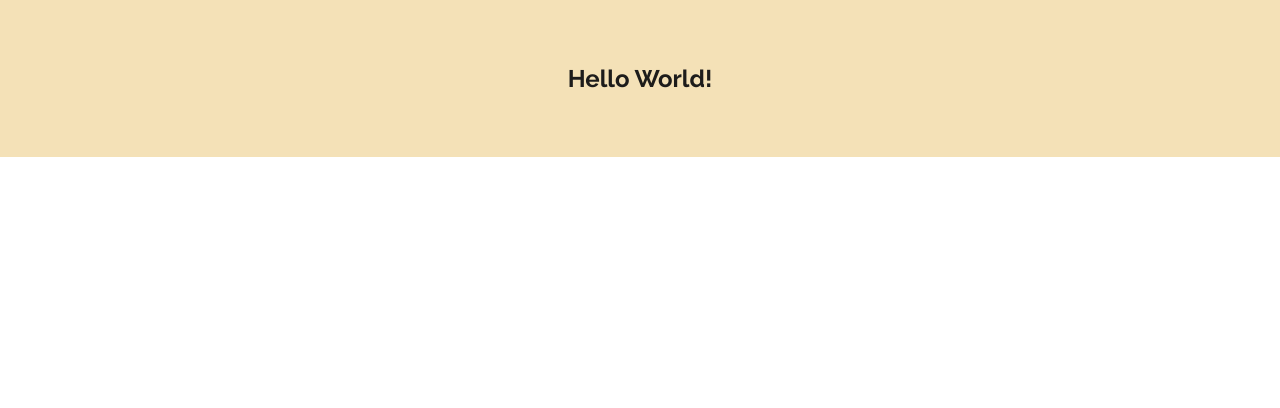
Repository: luizdanielmlima/my-website-react
Page: /
An editor plug-in stored every save of this project. The page is shown before and after the next save, followed by the edit.
The browser window is 1280 px wide. The pictures show the whole page.
The project was rebuilt for these pictures with package versions that can differ from the ones it lists, and the page was loaded fresh each time.

Above is the page before, as saved 2023-01-31 16:43:57.

After the next save:
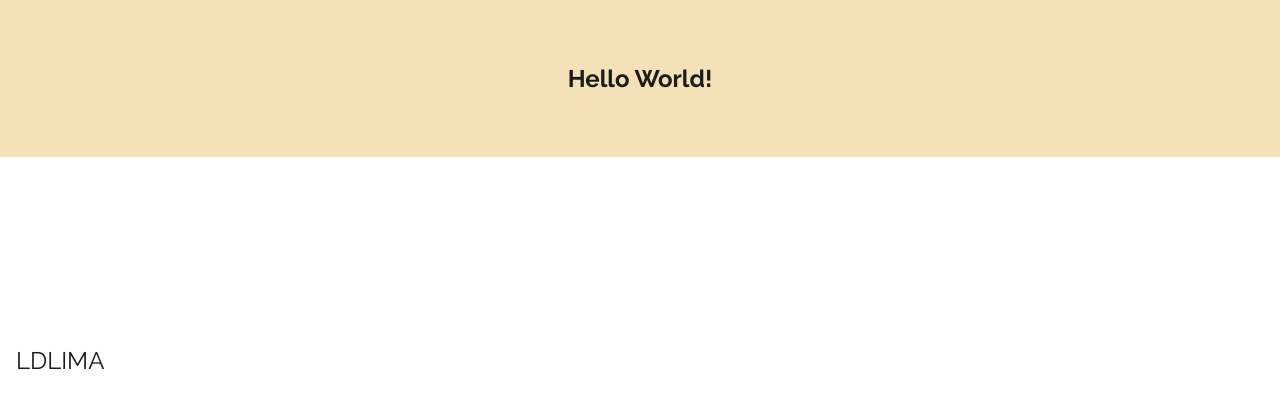
Saved 14 s later.
--- a/src/containers/Home/Home.tsx
+++ b/src/containers/Home/Home.tsx
@@ -1,9 +1,11 @@
 import React from 'react';
+import NavBar from '../../components/NavBar/NavBar';
 import { Title, Wrapper } from './Home.styled';
 
 const Home = () => {
   return (
     <Wrapper>
+      <NavBar></NavBar>
       <Title>Hello World!</Title>
     </Wrapper>
   );
